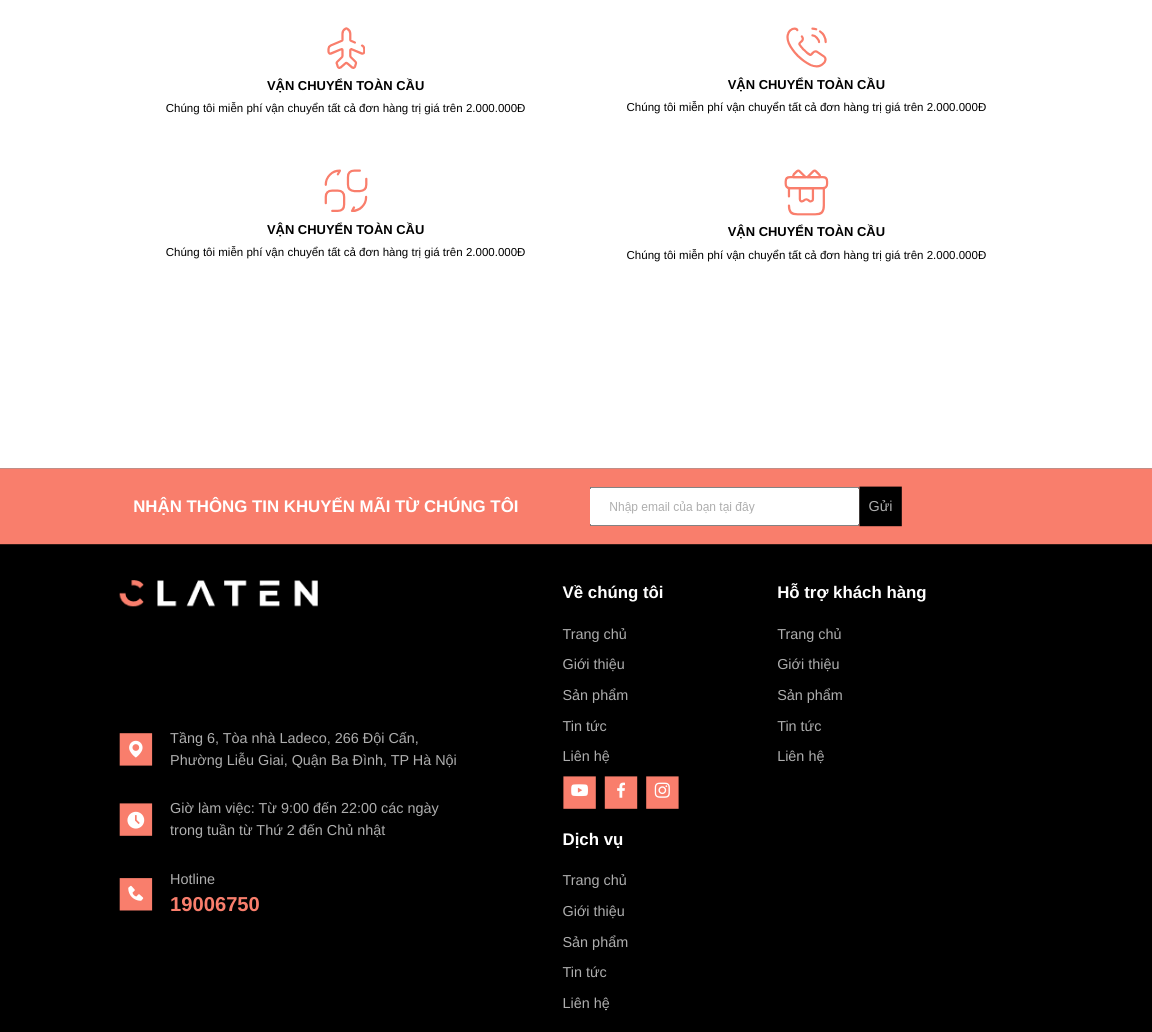
Repository: RennoPMXK/doan
Page: index.html
The author's editor kept a copy of each file at every save. The page is drawn from the files as they stood at one save, then again after the next save.
The browser window is 1280 px wide. The pictures show the part of the page from y = 573 to 1720 px (the page is 1720 px tall), at 90% of full size.

Above is the page before, as saved 2021-11-16 20:00:49.

After the next save:
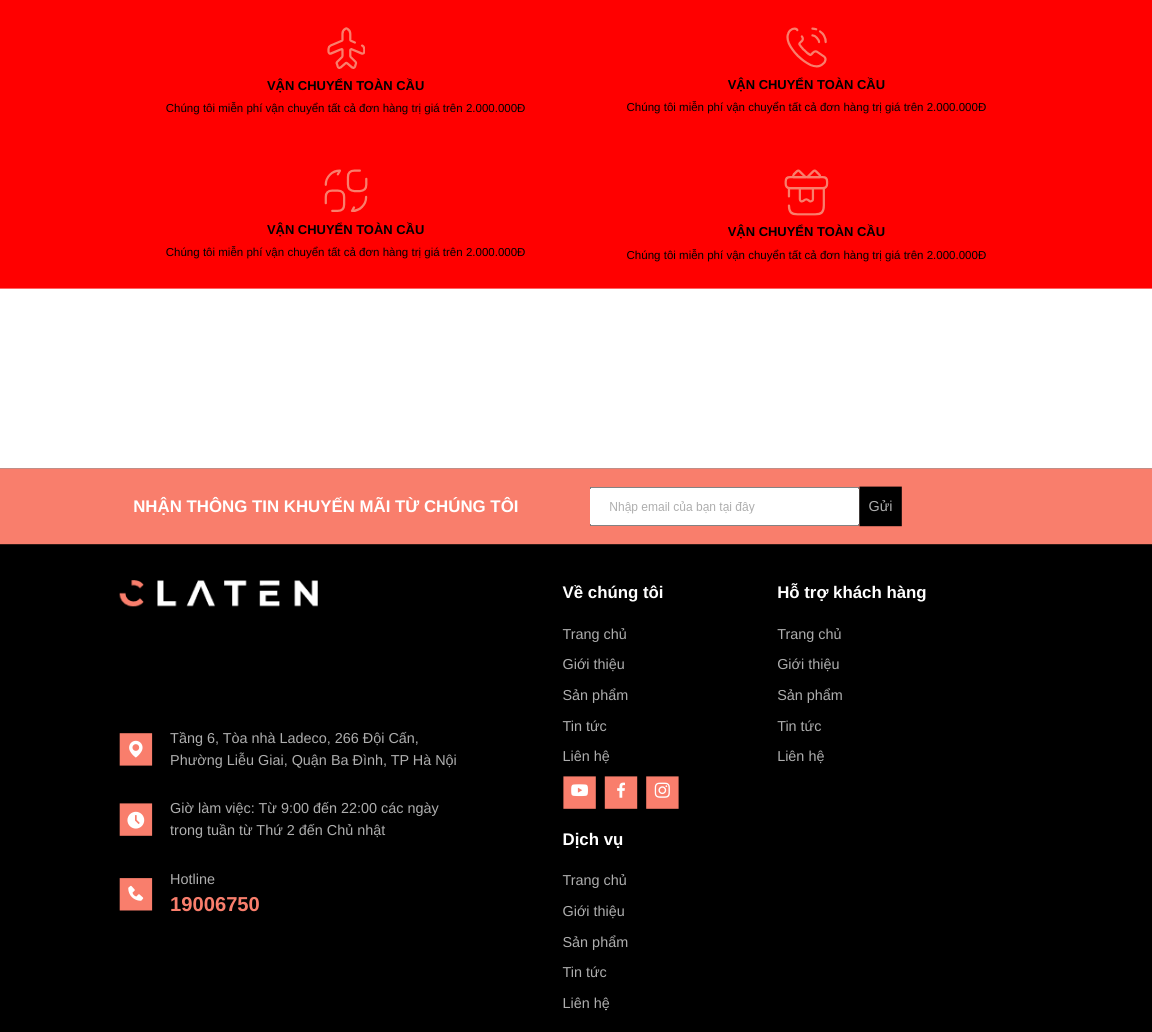
Saved 13 s later.
--- a/style.css
+++ b/style.css
@@ -337,7 +337,7 @@
 /* mini hero section */
 
 .hero-section-mini{
-   background-color: var(--mini-hero-color);
+   background-color: red;
 }
 
 .hero-section-mini-item {

After the save that followed:
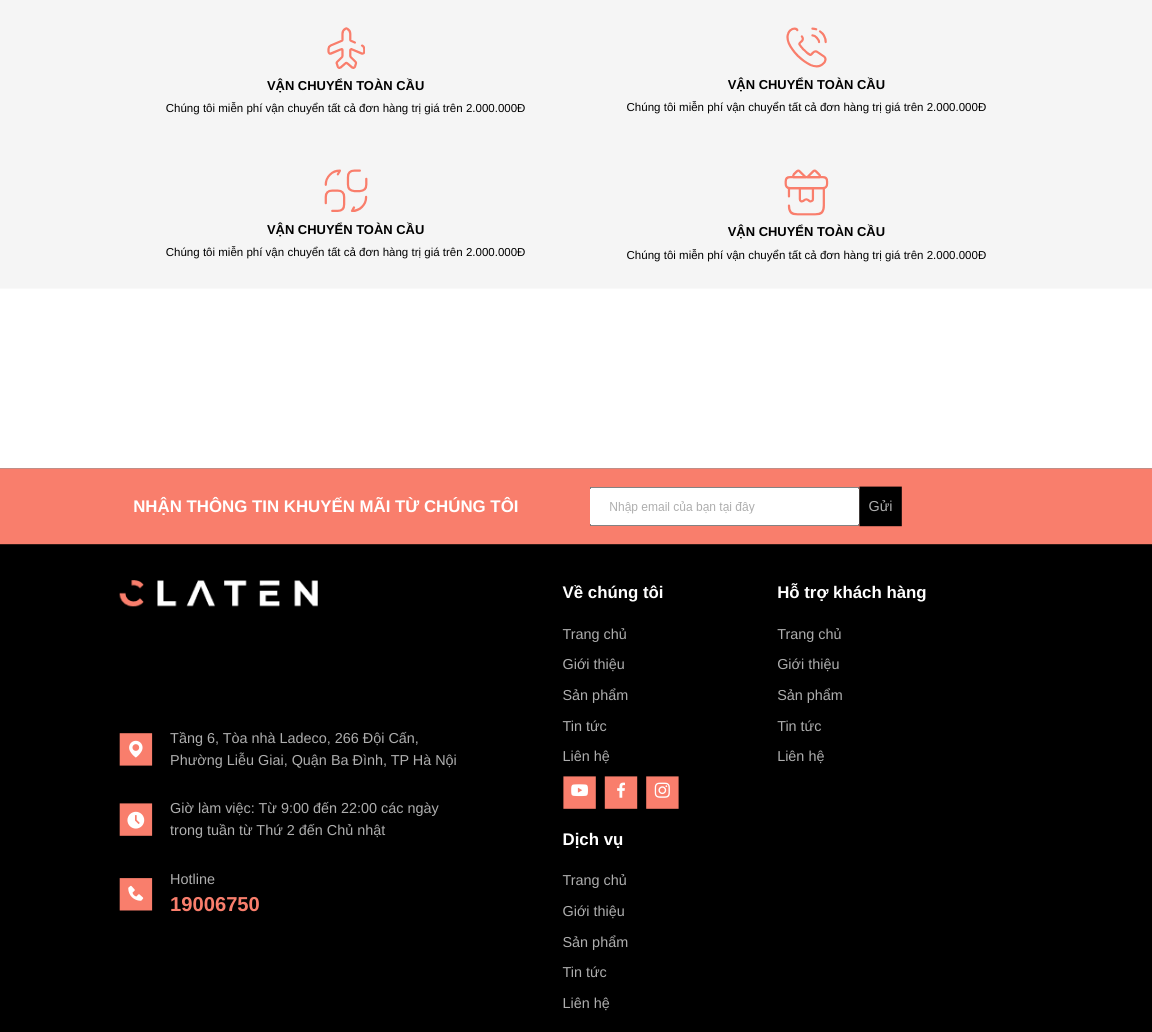
Saved 27 s later.
--- a/style.css
+++ b/style.css
@@ -2,7 +2,7 @@
     --orangeprime : #F97E6C;
     --blackrgba : rgba(0, 0, 0, 0.945);
     --footer-color : #AEAEAE;
-    -mini-hero-color : #f5f5f5;
+    --mini-hero-color : #f5f5f5;
 }
 
 html {
@@ -337,7 +337,7 @@
 /* mini hero section */
 
 .hero-section-mini{
-   background-color: red;
+   background-color: var(--mini-hero-color);
 }
 
 .hero-section-mini-item {
